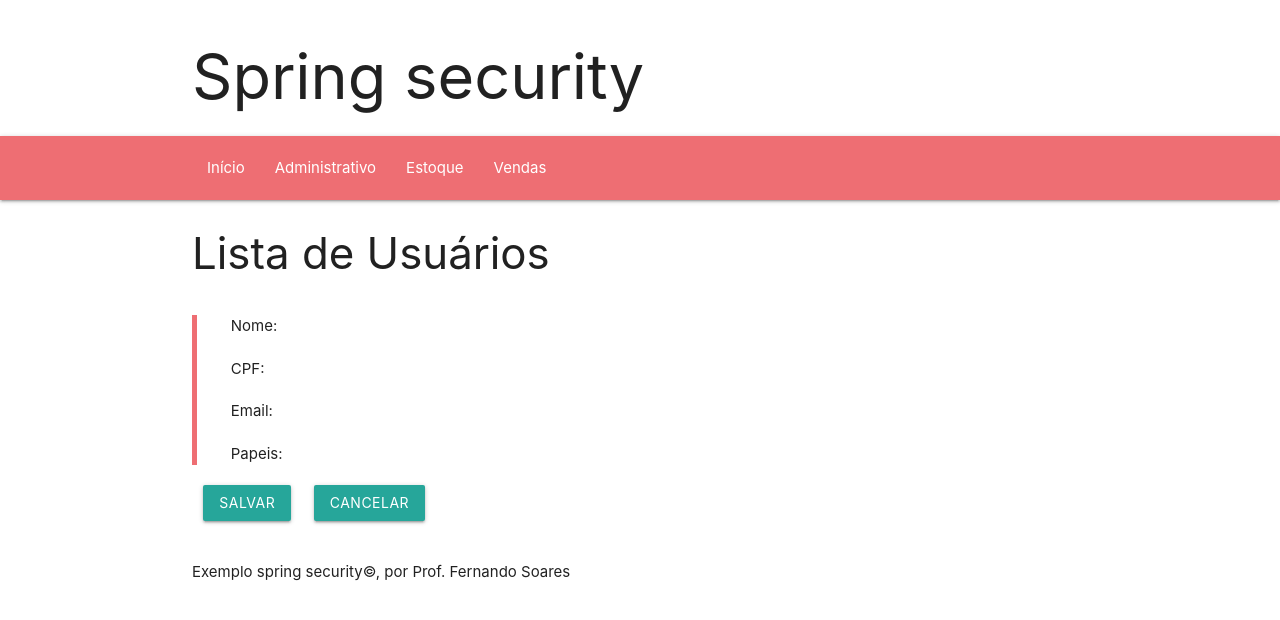
Repository: beatryss16/montz
Page: http://localhost/usuarios/edit
An editor plug-in stored every save of this project. The page is shown before and after the next save, followed by the edit.
The browser window is 1280 px wide. The pictures show the whole page.
The page is this project's Thymeleaf template; nobody is signed in. The template is opened directly, without the code that normally fills it, so the values that code supplies are empty.

Above is the page before, as saved 2024-12-04 14:23:01.

### exemplo.security6.4.base/src/main/resources/templates/usuarios/edit.html
<!DOCTYPE html>
<html xmlns:th="http://www.thymeleaf.org">

<head>
	<!--Import Google Icon Font-->
	<link href="https://fonts.googleapis.com/icon?family=Material+Icons" rel="stylesheet">
	<!-- Compiled and minified CSS -->
	<link rel="stylesheet" href="https://cdnjs.cloudflare.com/ajax/libs/materialize/1.0.0/css/materialize.min.css"
		media="screen,projection">

	<!--Let browser know website is optimized for mobile-->
	<meta name="viewport" content="width=device-width, initial-scale=1.0" />
	<meta charset="UTF-8">
	<title>Security</title>
</head>

<body>

	<div th:replace="~{fragments/commons :: cabecalho}"></div>
	<div th:replace="~{fragments/commons :: menu}"></div>

	<div class="container">
		<div class="row">
			<h3>Lista de Usuários</h3>
		</div>

		<div class="row">

			<form action="#"
				th:action="@{/usuarios/{id}(id=${usuario.id})}"
				th:object="${usuario}" method="post">
				<input type="hidden" th:field="*{id}">
				<blockquote>
					<div class="row">
						<div class="col s3 m2">Nome:</div>
						<div class="col s9 m10">
							<span th:text="${usuario.nome}"></span>
						</div>
					</div>
					<div class="row">
						<div class="col s3 m2">CPF:</div>
						<div class="col s9 m10">
							<span th:text="${usuario.cpf}"></span>
						</div>
					</div>
					<div class="row">
						<div class="col s3 m2">Email:</div>
						<div class="col s9 m10">
							<span th:text="${usuario.email}"></span>
						</div>
					</div>
					<div class="row">
						<div class="col s3 m2">Papeis:</div>
						<div class="col s9 m10">
							<div th:each="papel : ${papeis}" class="switch">
								<div class="row">
									<label> <input type="checkbox" th:field="*{papeis}"
										th:value="${papel.id}" /> <span class="lever"></span> <span
										th:text="${papel.nome}"></span>
									</label>
								</div>
							</div>
						</div>
					</div>
				</blockquote>
				<div class="row">
					<div class="col">
						<button class="btn" type="submit">Salvar</button>
					</div>
					<div class="col">
						<a class="btn" th:href="@{/usuarios}">Cancelar</a>
					</div>
				</div>
			</form>

		</div>
	</div>
	<!-- Compiled and minified JavaScript -->
	<!-- Compiled and minified JavaScript -->
	<script src="https://code.jquery.com/jquery-3.4.1.min.js"
		integrity="sha256-CSXorXvZcTkaix6Yvo6HppcZGetbYMGWSFlBw8HfCJo=" crossorigin="anonymous"></script>
	<script src="https://cdnjs.cloudflare.com/ajax/libs/materialize/1.0.0/js/materialize.min.js"></script>
	<script type="text/javascript">
		$(document).ready(function () {
			$('.sidenav').sidenav();
		});
		$(document).ready(function () {
			$('select').formSelect();
		});
	</script>

	<div th:replace="~{fragments/commons :: rodape}"></div>
</body>

</html>

### exemplo.security6.4.base/src/main/resources/templates/fragments/commons.html
<!DOCTYPE html>
<html xmlns:th="http://www.thymeleaf.org"
	xmlns:layout="http://www.ultraq.net.nz/thymeleaf/layout"
	xmlns:sec="http://www.thymeleaf.org/thymeleaf-extras-springsecurity6">
<head>
<meta charset="UTF-8">
<title>Security</title>
</head>
<body>

	<div id="cabecalho" class="page-header" th:fragment="cabecalho">
		<header>
			<div class="container">
				<h1>Spring security</h1>
			</div>
		</header>
	</div>

	<div id="menu" th:fragment="menu">
		<nav>
			<div class="container">
				<ul>
					<li><a href="#" th:href="@{/}">Início</a></li>
					<li><a href="#" th:href="@{/administrativo}">Administrativo</a></li>
					<li><a href="#" th:href="@{/estoque}">Estoque</a></li>
					<li><a href="#" th:href="@{/vendas}">Vendas</a></li>
<!--					<li><a href="#" th:href="@{/login}">Login</a></li>-->
<!--					<li><a href="#" th:href="@{/logout}">Logout</a></li>-->
				</ul>
			</div>
		</nav>
	</div>


	<div id="rodape" th:fragment="rodape">
		<footer class="bottom">
			<!-- 			<div class="footer-copyright"> -->
			<div class="container">
				<p>Exemplo spring security&copy;, por Prof. Fernando Soares</p>
			</div>
			<!-- 			</div> -->
		</footer>
	</div>

</body>
</html>

After the next save:
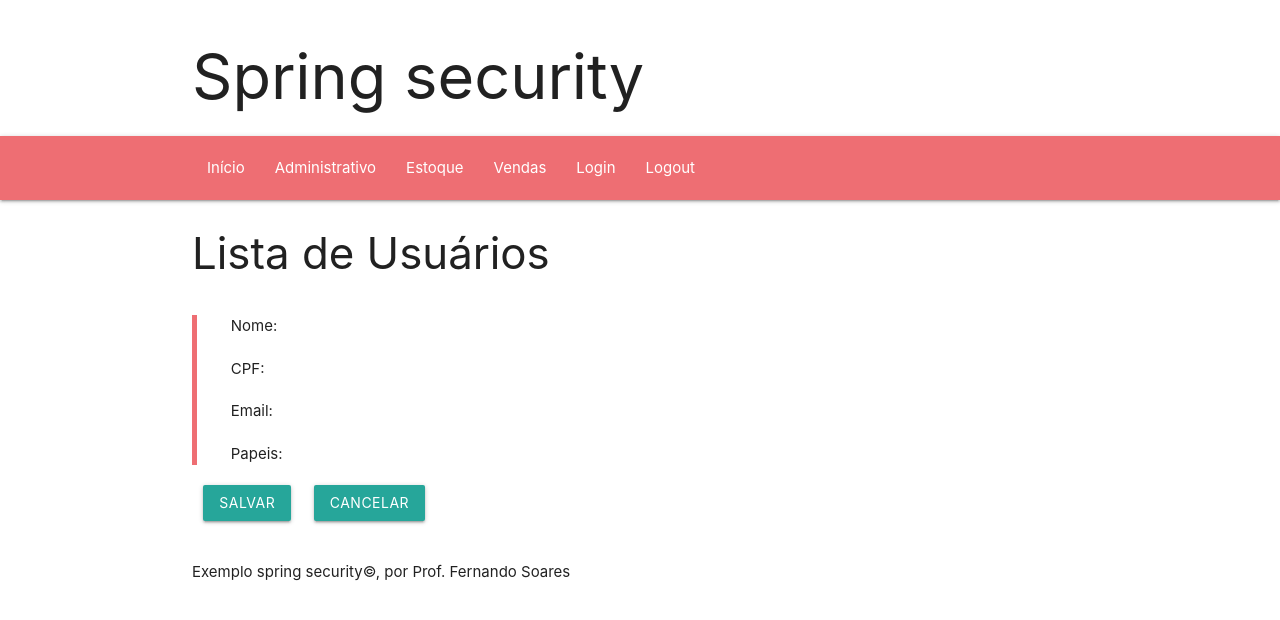
Saved 45 s later.
--- a/exemplo.security6.4.base/src/main/resources/templates/fragments/commons.html
+++ b/exemplo.security6.4.base/src/main/resources/templates/fragments/commons.html
@@ -24,8 +24,8 @@
 					<li><a href="#" th:href="@{/administrativo}">Administrativo</a></li>
 					<li><a href="#" th:href="@{/estoque}">Estoque</a></li>
 					<li><a href="#" th:href="@{/vendas}">Vendas</a></li>
-<!--					<li><a href="#" th:href="@{/login}">Login</a></li>-->
-<!--					<li><a href="#" th:href="@{/logout}">Logout</a></li>-->
+					<li><a href="#" th:href="@{/login}">Login</a></li>
+					<li><a href="#" th:href="@{/logout}">Logout</a></li>
 				</ul>
 			</div>
 		</nav>
